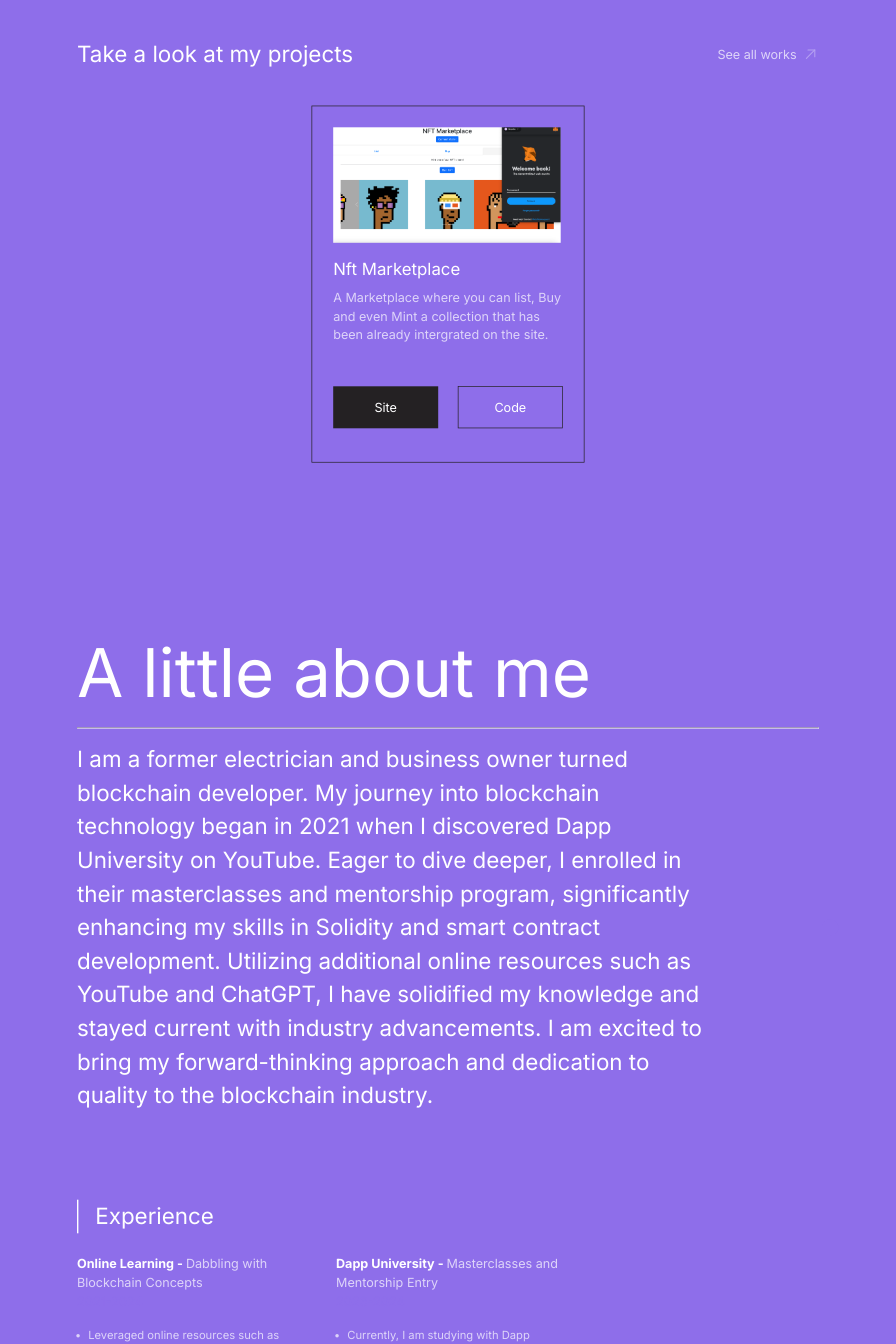
Repository: EyanIngles/Resume
Page: index.html
An editor plug-in stored every save of this project. The page is shown before and after the next save, followed by the edit.
The browser window is 1280 px wide. The pictures show the part of the page from y = 907 to 2827 px (the page is 4848 px tall), at 70% of full size.

Above is the page before, as saved 2024-05-30 14:42:49.

After the next save:
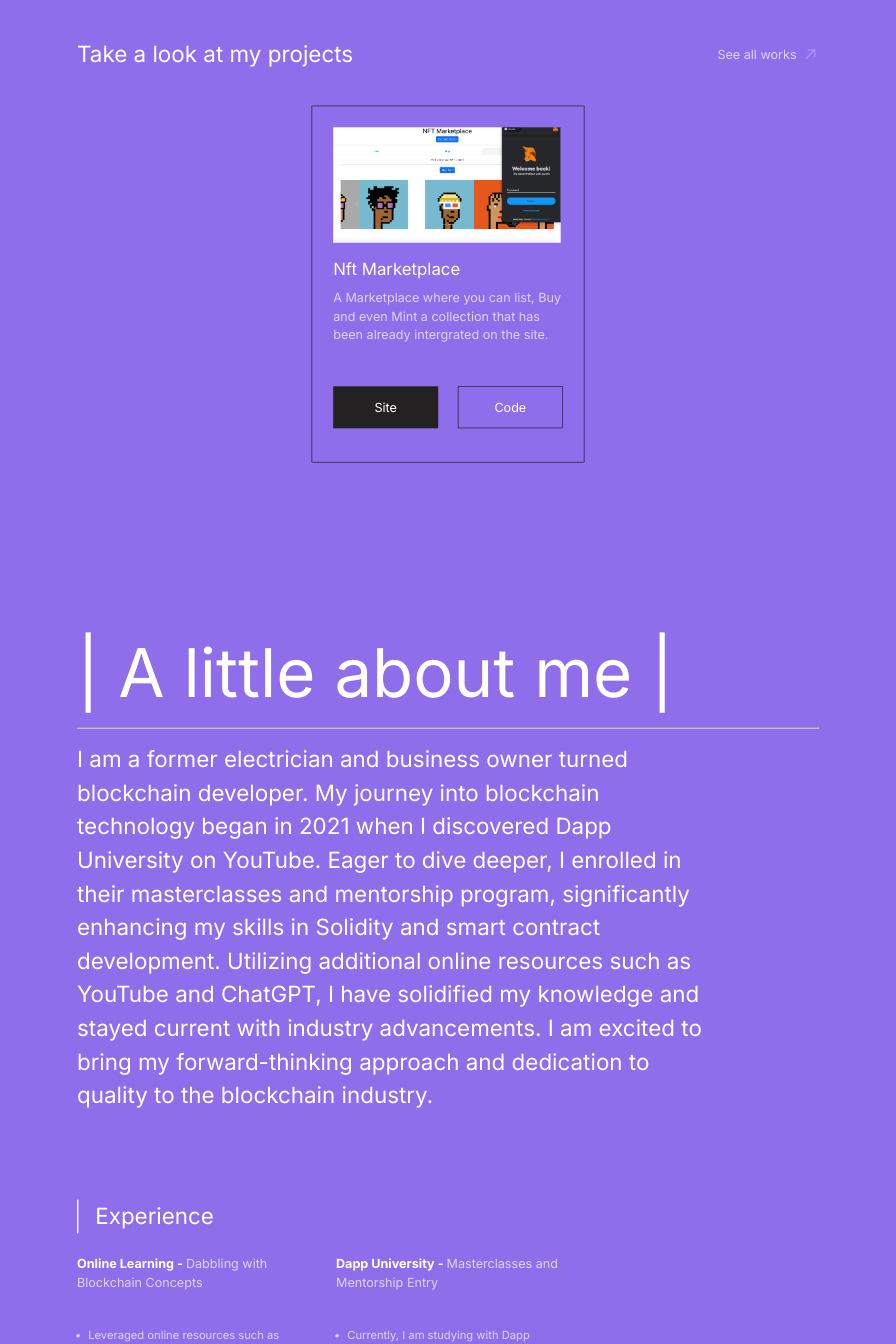
Saved 16 s later.
--- a/index.html
+++ b/index.html
@@ -89,7 +89,7 @@
         <!-- EXPIERENCE -->
 
         <section class="section experience">
-            <h1>A little about me</h1><br/><hr/><br/>
+            <h1>| A little about me |</h1><br/><hr/><br/>
             <p class="experience-description">
                 I am a former electrician and business owner turned blockchain developer. My journey into blockchain
                 technology began in 2021 when I discovered Dapp University on YouTube. Eager to dive deeper, I enrolled

After the save that followed:
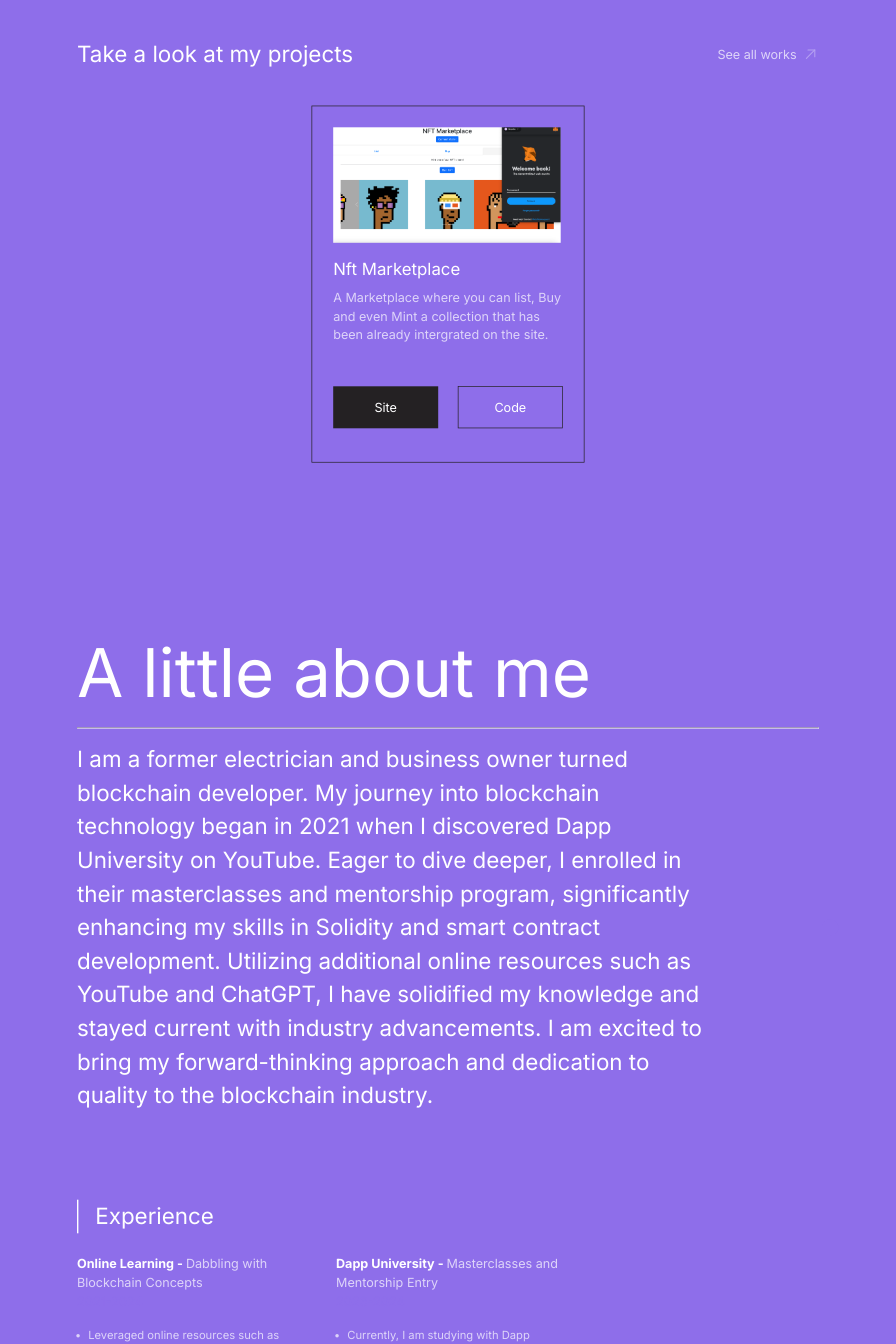
Saved 8 s later.
--- a/index.html
+++ b/index.html
@@ -89,7 +89,7 @@
         <!-- EXPIERENCE -->
 
         <section class="section experience">
-            <h1>| A little about me |</h1><br/><hr/><br/>
+            <h1>A little about me </h1><br/><hr/><br/>
             <p class="experience-description">
                 I am a former electrician and business owner turned blockchain developer. My journey into blockchain
                 technology began in 2021 when I discovered Dapp University on YouTube. Eager to dive deeper, I enrolled
